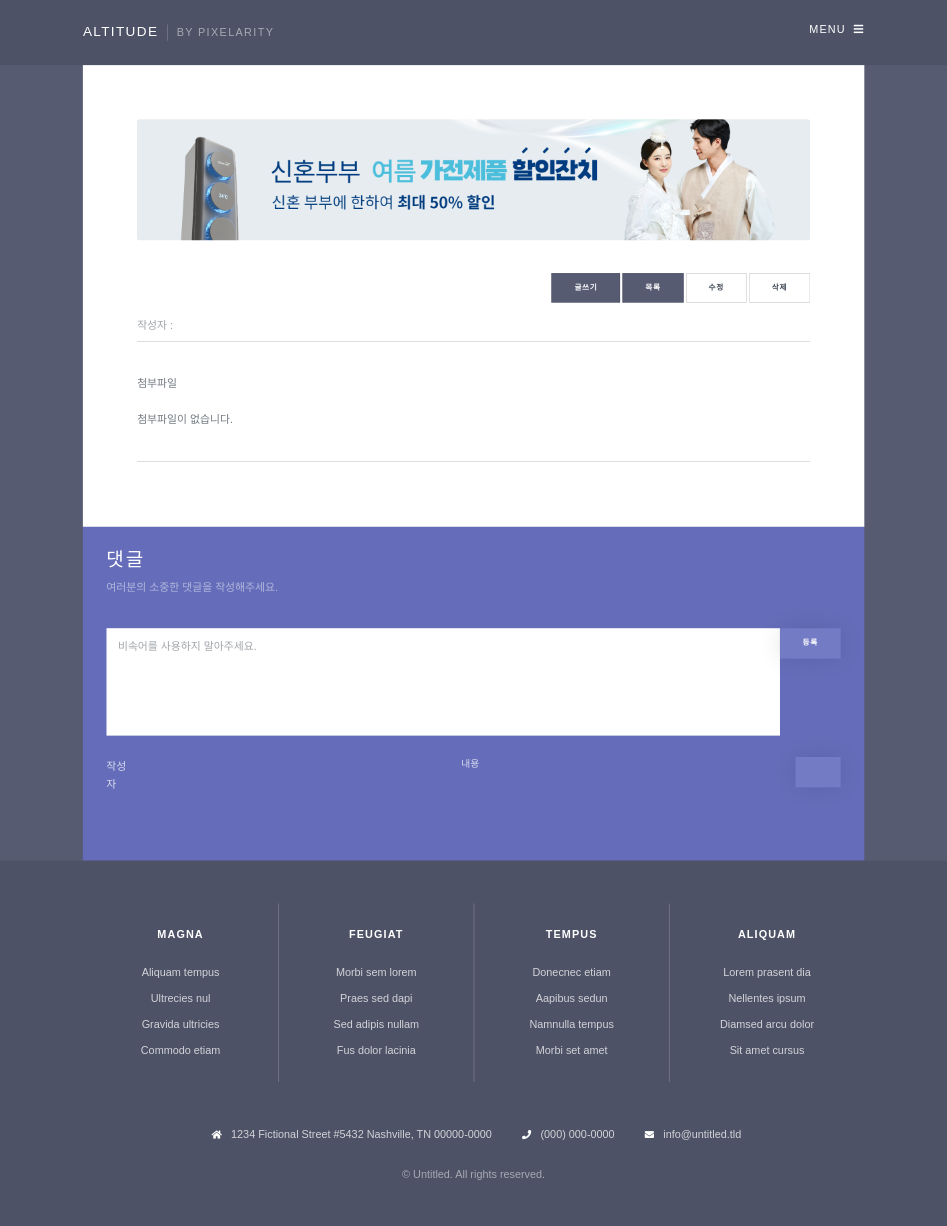
Repository: kkkukkk/Study-JSP
Page: http://localhost/boardMVC/app/board/boardDetail.jsp
These files come from the project's save history. The page is drawn as it stood at one moment and after the next save; the edit follows.
The browser window is 1280 px wide. The pictures show the whole page, at 74% of full size.
Some web fonts or font styles are not loaded; a fallback is used. The page is served by Tomcat 9.

Above is the page before, as saved 2022-02-25 02:42:19.

After the next save:
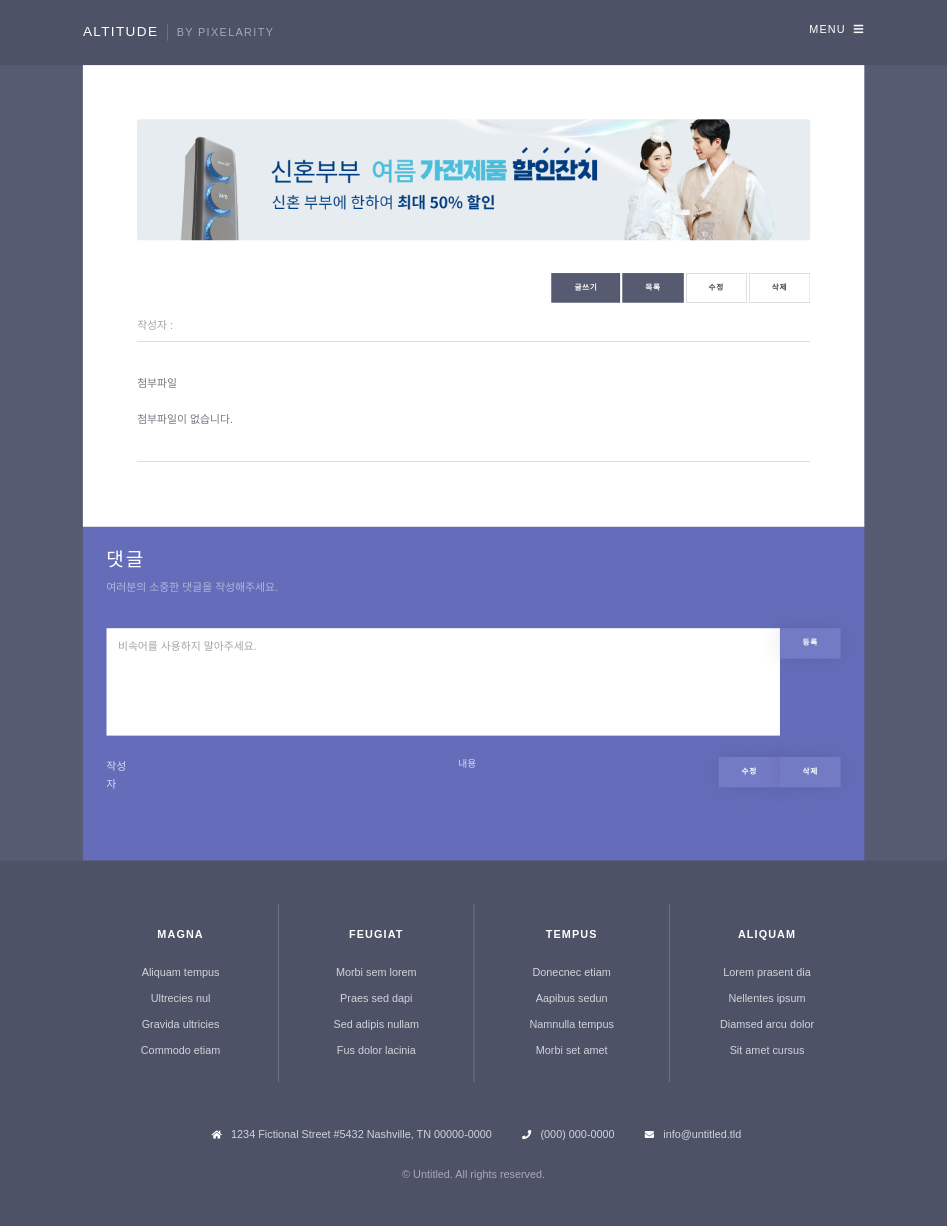
Saved 8 s later.
--- a/workspace/boardMVC/WebContent/app/board/boardDetail.jsp
+++ b/workspace/boardMVC/WebContent/app/board/boardDetail.jsp
@@ -119,7 +119,8 @@
                         				내용
                         			</pre>
                         		</div>
-                        		<input type="button" class="primary">
+                        		<input type="button" class="primary" value="수정">
+                        		<input type="button" class="primary" value="삭제">
                         	</div>
                         </form>
                      </section>
